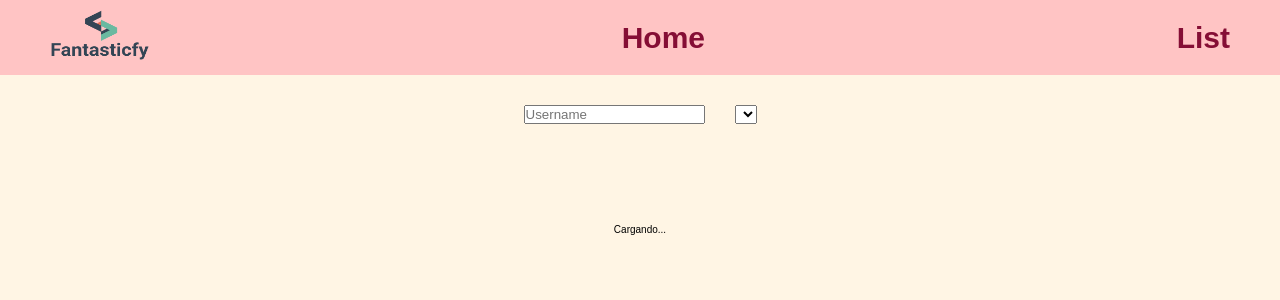
Repository: ChristianGecchelin/fullstack-react-node-fantasticfy
Page: /user-list (app in front/)
The author's editor kept a copy of each file at every save. The page is drawn from the files as they stood at one save, then again after the next save.
The browser window is 1280 px wide. The pictures show the whole page.
The page's requests for data from a server got no answer. The project was rebuilt for these pictures with package versions that can differ from the ones it lists, and the page was loaded fresh each time. No one was signed in, and anything a server would have sent is missing. Also part of the build but not shown: front/src/Components/UserCard/index.css, front/src/Components/UserCard/index.jsx, front/src/Pages/UserProfile.jsx, front/src/App.css.

Above is the page before, as saved 2022-09-05 18:06:03.

### front/src/index.css
:root{
  --main-color:#FFF5E4;
  --secondary-color:#FFC4C4;
  --third-color:#EE6983;
  --fourth-color:#850E35;
}
* {
  margin: 0;
  padding: 0;
  box-sizing: border-box;
}
html {
  font-size: 62.5%;
  font-family: sans-serif;
}
html,body{
  background-color:var(--main-color)
}
ul{
  list-style: none;
}
a{
  text-decoration: none;
}

### front/src/App.js
import { Routes, Route, Link } from "react-router-dom";
import { UserList } from "./Pages/UserList";
import { UserProfile } from "./Pages/UserProfile";
import { Nav } from "./Components/nav/Nav";
import "./App.css";

function App() {
  return (
    <div className="App">
      <Nav />
      <Routes>
        <Route path="/user-list" element={<UserList />} />
        <Route path="/user-profile/:id" element={<UserProfile />} />
      </Routes>
    </div>
  );
}

export default App;

### front/src/Pages/UserList.jsx
import { useEffect, useState } from "react";
import axios from "axios";
import { UserCard } from "../Components/UserCard";
import "./index.css";
export const UserList = () => {
  const [list, setList] = useState([]);
  const [inmutableList, setInmutableList] = useState([]);
  const [genderArray, setGenderArray] = useState([]);
  const [selectValue, setSelectValue] = useState("");
  const [input, setInput] = useState("");

  const getGenderArray = () => {
    if (list) {
      const genders = inmutableList.map((user) => {
        return user.gender;
      });
      let result = genders.filter((item, index) => {
        return genders.indexOf(item) === index;
      });
      setGenderArray(result);
    }
  };
  const getUsers = async () => {
    const response = await axios.get("http://localhost:5005/users");
    setList(response.data);
    setInmutableList(response.data);
  };

  const filterUsersBySelect = () => {
    const filter = inmutableList.filter((user) => {
      return user.gender === selectValue;
    });
    setList(filter);
  };

  const filterByName = () => {
    let result = inmutableList.filter(
      (el) =>
        el.first_name.includes(input) ||
        el.last_name.includes(input) ||
        el.username.includes(input)
    );

    setList(result);
  };

  const handleChangeInput = (e) => {
    setInput(e.target.value);
  };

  const handleChangeSelect = (e) => {
    setSelectValue(e.target.value);
  };

  useEffect(() => {
    getUsers();
  }, []);

  useEffect(() => {
    getGenderArray();
  }, [list]);

  useEffect(() => {
    filterUsersBySelect();
  }, [selectValue]);
  useEffect(() => {
    filterByName();
  }, [input]);
  return (
    <section className="section-page">
      <div className="container--search-bar">
        <input
          type="text"
          value={input}
          onChange={handleChangeInput}
          placeholder="Username"
        />
        <select value={selectValue} onChange={handleChangeSelect}>
          {genderArray.map((gender) => {
            return (
              <option key={gender} value={gender}>
                {gender}
              </option>
            );
          })}
        </select>
      </div>
      <div className="card-list">
        {list.length > 0 ? (
          list.map((user) => {
            return (
              <UserCard
                key={user.id}
                user={user}
                users={list}
                setInmutableList={setInmutableList}
                setList={setList}
              />
            );
          })
        ) : (
          <p>Cargando...</p>
        )}
      </div>
    </section>
  );
};

### front/src/Components/nav/Nav.jsx
import React from "react";
import { Link } from "react-router-dom";
import logo from "../../Assets/logo-fantasticfy.webp";
import "./index.css";
export const Nav = () => {
  return (
    <nav>
      <ul>
        <li>
          <Link to="/">
            <img src={logo} alt="fantasticfy" />
          </Link>
        </li>
        <li>
          <Link to="/">
            <h2>Home</h2>
          </Link>
        </li>
        <li>
          <Link to="/user-list">
            <h2>List</h2>
          </Link>
        </li>
      </ul>
    </nav>
  );
};

### front/src/Pages/index.css
.section-page{
    display: flex;
    flex-direction: column;
    flex-wrap: wrap;
    justify-content: center;
    align-items: center;
    padding: 30px;
    gap: 50px;
}
.container--search-bar{
    display: flex;
    flex-direction: row;
    gap: 30px;
    width: 100%;
    justify-content: center;
    margin-bottom: 50px;
}

.card-list{
    display: flex;
    flex-direction: row;
    flex-wrap: wrap;
    justify-content: center;
    align-items: center;
    gap: 60px;
}
.container-user{
    display: flex;
    flex-direction: row;
    justify-content: center;
    align-items:center;
    flex-wrap: wrap;
    gap: 50px;
    padding: 50px 10px;
}
.container-user .img-user{
    height: 250px;
}
.section-relatedUsers{
    display: flex;
    flex-direction: column;
    justify-content: center;
    align-items:center;
    width:100%;
    gap: 60px;
}
.container-relatedUsers{
    display: flex;
    flex-direction: row;
    flex-wrap: wrap;
    justify-content: center;
    align-items:center;
    gap: 60px;
}
.container-info{
    display: flex;
    flex-direction: column;
    justify-content: flex-end;
    align-items:flex-start;
    font-size: 2rem;
    text-align: left;
    gap: 5px;
}

### front/src/Components/nav/index.css
nav{
    height: auto;
    background-color: var(--secondary-color);
}
nav ul{
    display: flex;
    flex-direction: row;
    justify-content: space-between;
    align-items: center;
    padding: 10px 50px;
}
nav a{
    font-size: 2rem;
    line-height: 2.3rem;
    color: var(--fourth-color);
}
nav img{
    width: 100px;
    height: 50px;
}
nav a:visited{
    color: var(--fourth-color);
}

Loaded but not shown: front/public/index.html (common file); front/src/index.js (common file)

After the next save:
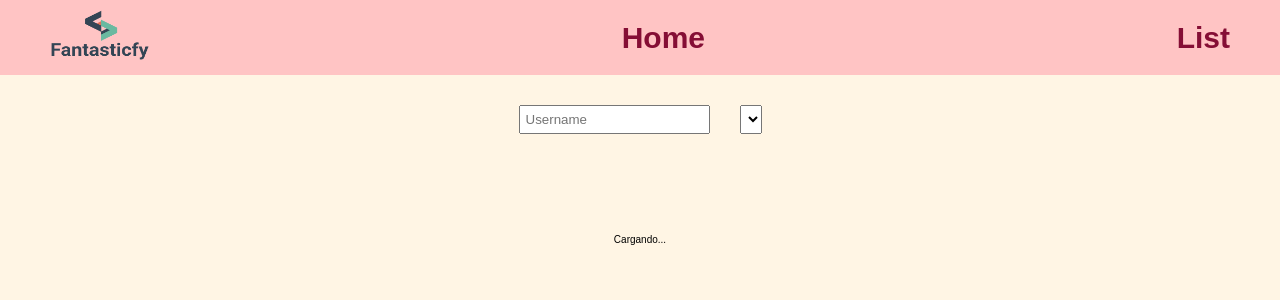
Saved 25 s later.
--- a/front/src/Pages/index.css
+++ b/front/src/Pages/index.css
@@ -14,6 +14,9 @@
     width: 100%;
     justify-content: center;
     margin-bottom: 50px;
+}
+.container--search-bar input{
+    padding: 5px;
 }
 
 .card-list{
